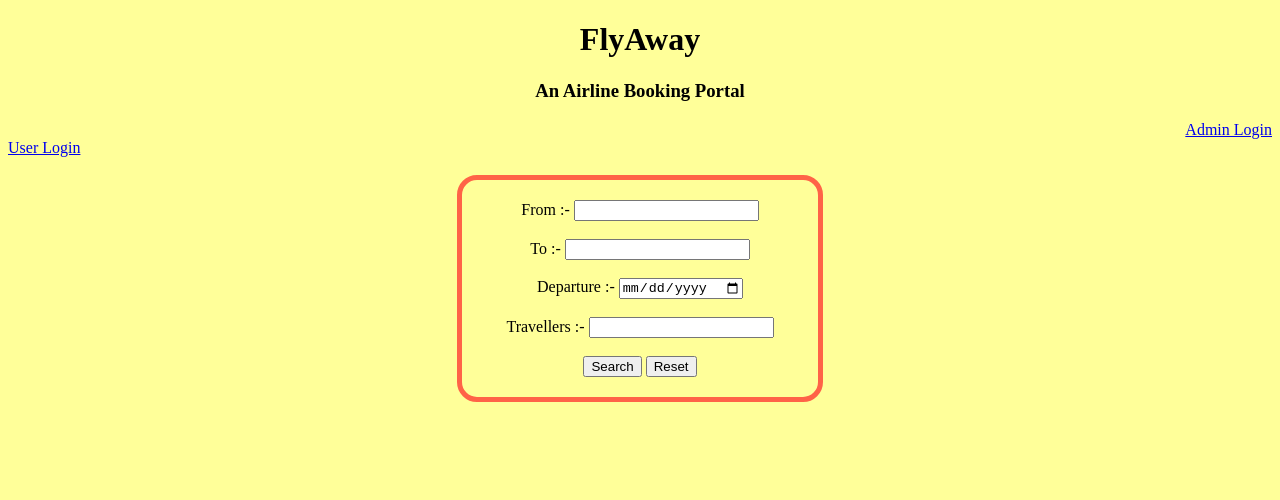
Repository: badrilogaram/Phase-two-project
Page: http://localhost/FlyAway-master/HomePage.jsp
An editor plug-in stored every save of this project. The page is shown before and after the next save, followed by the edit.
The browser window is 1280 px wide. The pictures show the whole page.
The page is served by Tomcat 9.

Above is the page before, as saved 2021-05-27 22:53:42.

After the next save:
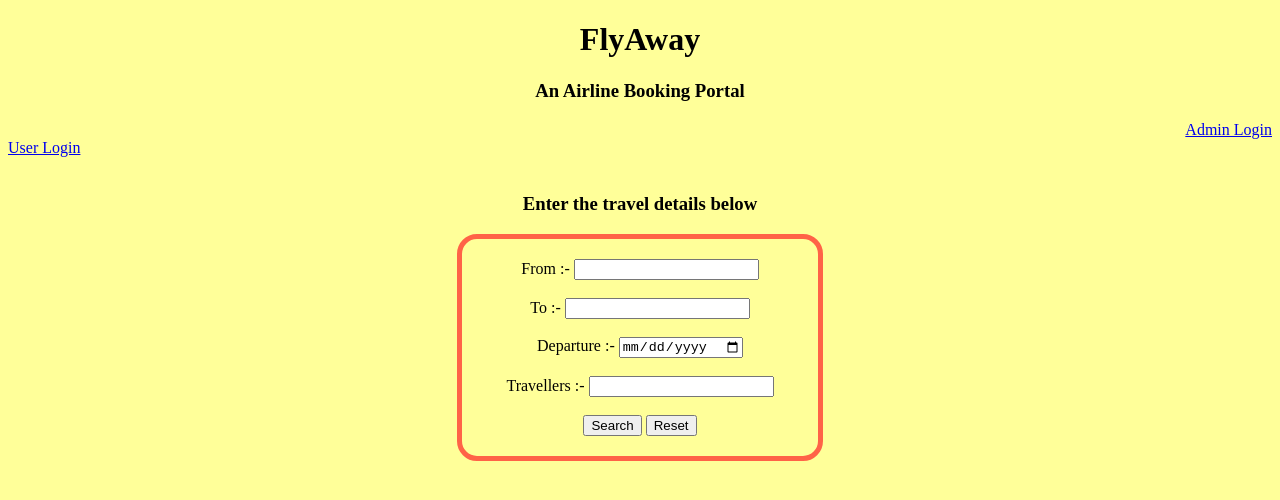
Saved 44 s later.
--- a/FlyAway-master/src/main/webapp/HomePage.jsp
+++ b/FlyAway-master/src/main/webapp/HomePage.jsp
@@ -31,6 +31,7 @@
 %>
 <br><br>
 <center>
+<h3>Enter the travel details below</h3>
 <div style="border:5px solid tomato;width:25%;border-radius:20px;padding:20px" align = "center">
 <form action=FlightList method=post>
 	<label for=from>From :-</label> <input type=text name=from id=from/><br><br>
